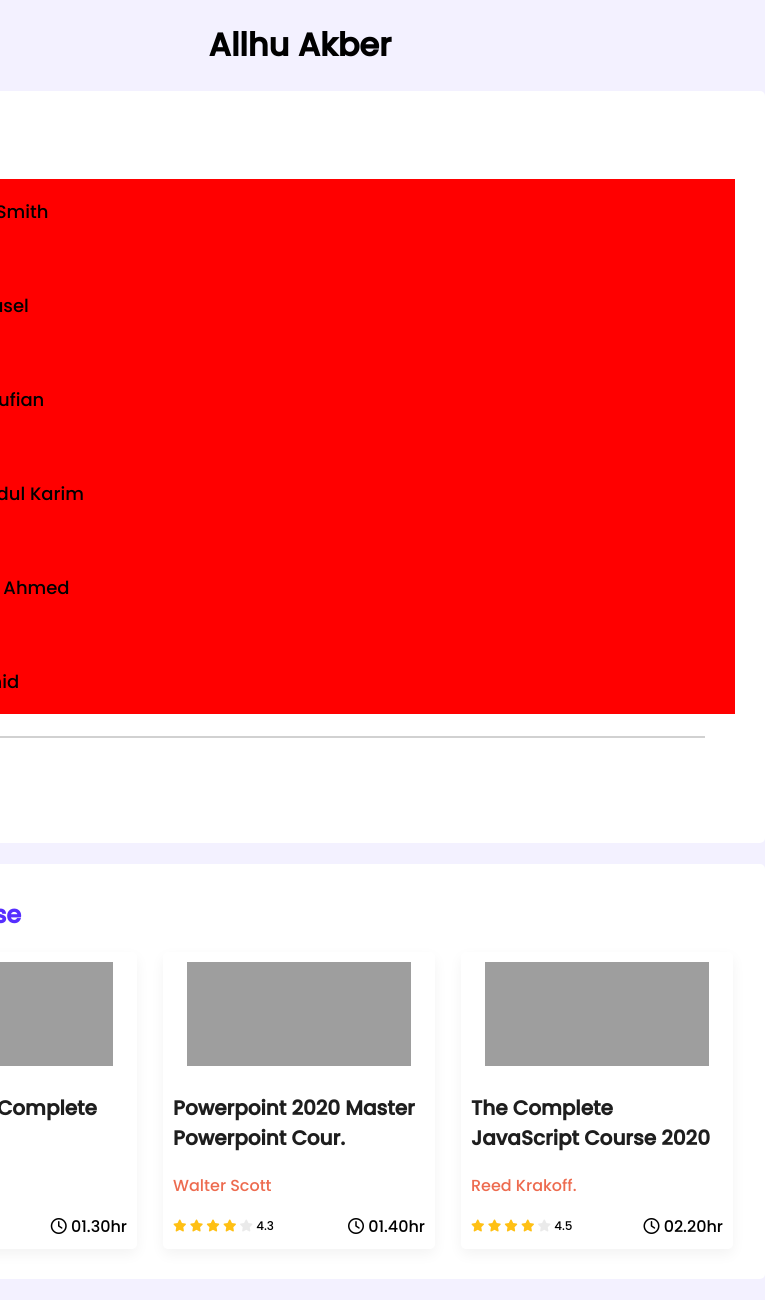
Repository: zjria/leader-board
Page: index.html
These files come from the project's save history. The page is drawn as it stood at one moment and after the next save; the edit follows.
The browser window is 600 px wide. The page is 765 px wide, so the pictures cover 765 px, including what lies to the right of the window. The pictures show the whole page.
Pictures or frames that could not be fetched are drawn as grey boxes.

Above is the page before, as saved 2022-09-05 08:01:13.

After the next save:
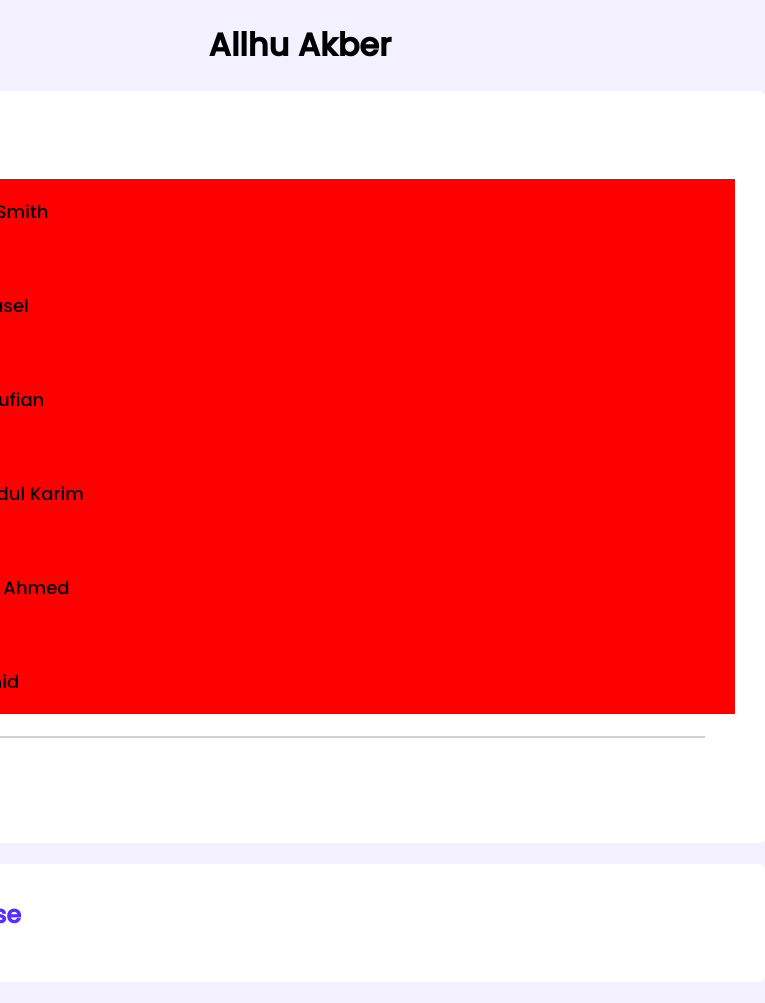
Saved 58 s later.
--- a/style/style.css
+++ b/style/style.css
@@ -186,4 +186,8 @@ Media Queary
     .blogs-details {
         display: none;
     }
+
+    .course-all-info {
+        display: none;
+    }
 }
